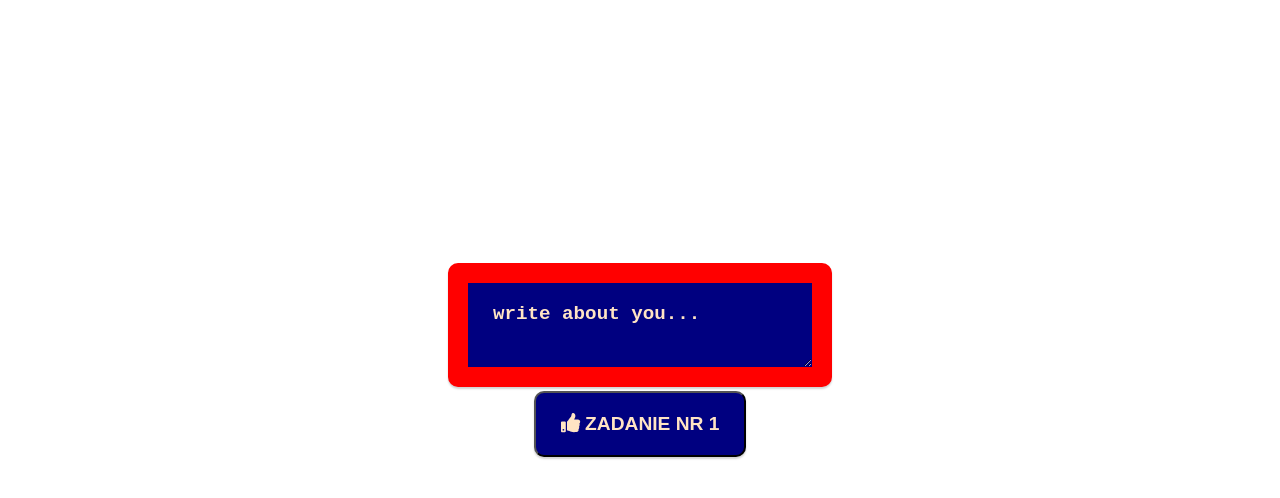
Repository: KrzysKolo/sr_tydzien3_zad_1_2_3
Page: /
These files come from the project's save history. The page is drawn as it stood at one moment and after the next save; the edit follows.
The browser window is 1280 px wide. The pictures show the whole page.
The project was rebuilt for these pictures with package versions that can differ from the ones it lists, and the page was loaded fresh each time.

Above is the page before, as saved 2020-11-02 16:44:30.

After the next save:
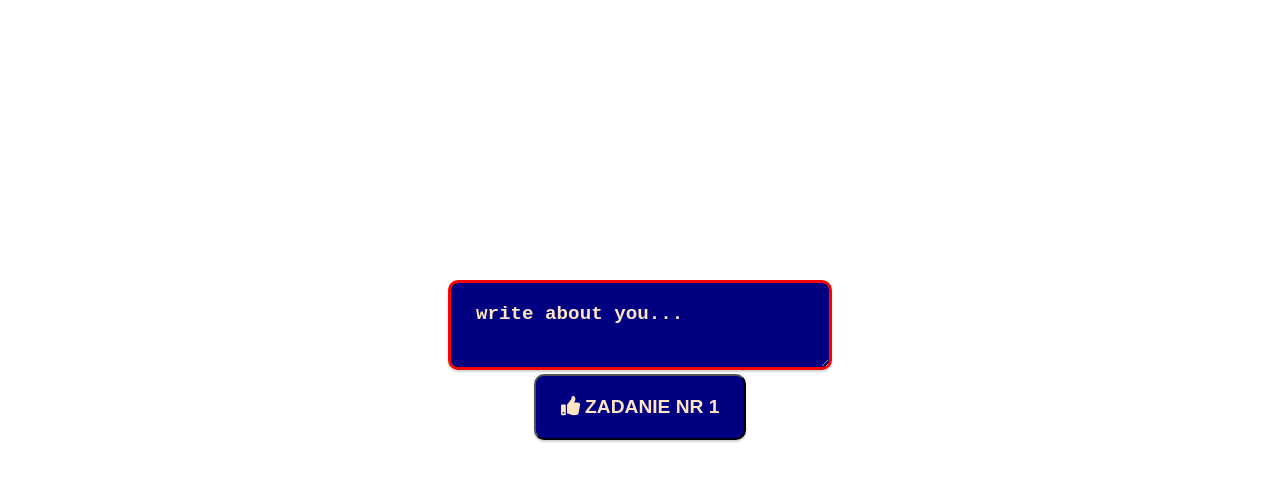
Saved 21 s later.
--- a/src/App.js
+++ b/src/App.js
@@ -11,7 +11,7 @@ class App extends Component {
 
     return (
       <div className="app">
-        <Textarea bgColor="navy" color="bisque" borderSize="20px" borderRadius="10px" borderColor="red" value="write about you..." />
+        <Textarea bgColor="navy" color="bisque" borderSize="3px" borderRadius="10px" borderColor="red" value="write about you..." />
         <Button  bgColor="navy" color="bisque" label="Zadanie nr 1" icon={faThumbsUp}/>
       </div>
      );
